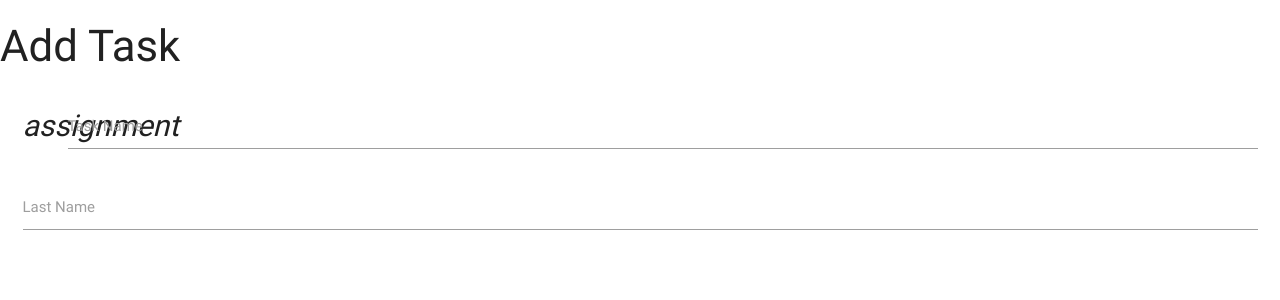
Repository: kalkiboru111/task-manager
Page: http://localhost/add_task
The author's editor kept a record of every edit. The page is drawn from the files as they stood at one moment, then again after the next edit.
The browser window is 1280 px wide. The pictures show the whole page.
The page is served by the project's application, run on Flask 3 (app.py).

Above is the page before.

After the next edit:
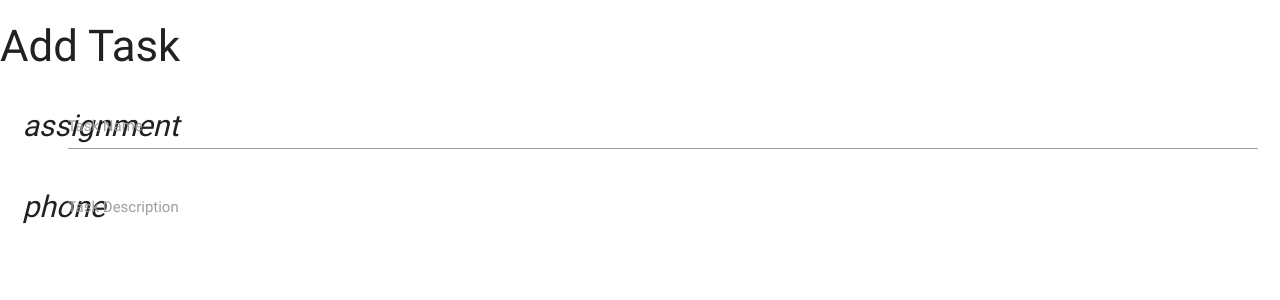
The edit:
--- a/templates/addtask.html
+++ b/templates/addtask.html
@@ -11,8 +11,9 @@
                 <label for="icon-prefix">Task Name</label>
             </div>
             <div class="input-field col s12">
-                <input id="last_name" type="text" class="validate">
-                <label for="last_name">Last Name</label>
+                <i class="material icons prefix">phone</i>
+                <text_area name="task_description" id="task_description" class="materialize_textarea"></text_area>
+                <label for="icon_telephone">Task Description</label>
             </div>
         </div>
     </form>
